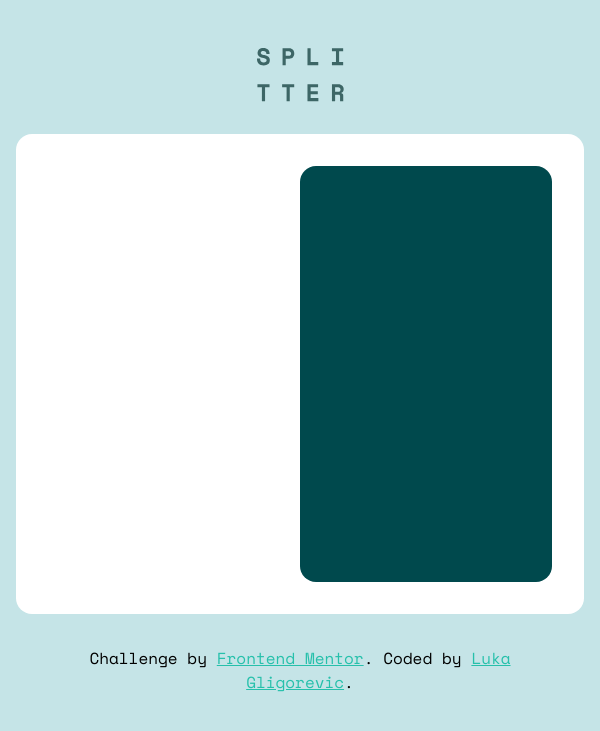
Repository: gligor99/tip-fmentor
Page: /
These files come from the project's save history. The page is drawn as it stood at one moment and after the next save; the edit follows.
The browser window is 600 px wide. The pictures show the whole page.
The project was rebuilt for these pictures with package versions that can differ from the ones it lists, and the page was loaded fresh each time.

Above is the page before, as saved 2021-11-26 21:14:37.

After the next save:
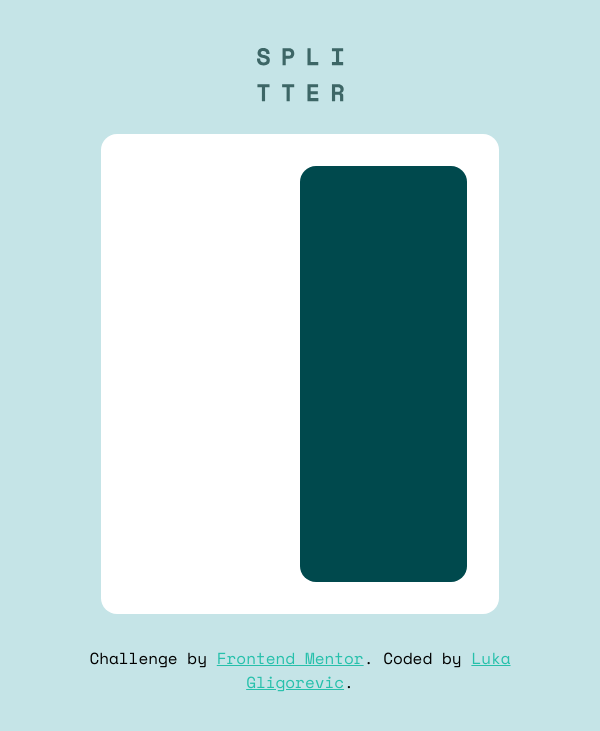
Saved 70 s later.
--- a/src/index.css
+++ b/src/index.css
@@ -59,17 +59,18 @@
   padding: 2em;
   border-radius: 1rem;
 }
-.left-side, .right-side {
+.left-side,
+.right-side {
   display: inline-block;
   height: 100%;
   width: 100%;
   padding: 2rem;
   border-radius: 1rem;
 }
-.left-side{
-  background-color: white;
+.left-side {
+  background-color: whites;
 }
-.right-side{
+.right-side {
   background-color: var(--clr-dark-cyan);
 }
 
@@ -81,9 +82,14 @@
     padding: 1rem;
   }
   .container {
+    display: flex;
+    justify-content: center;
+    align-items: center;
     background-color: var(--clr-white);
     height: 30rem;
-    width: 100%;
+    width: 70%;
     margin: auto;
+    padding: 2em;
+    border-radius: 1rem;
   }
 }

After the save that followed:
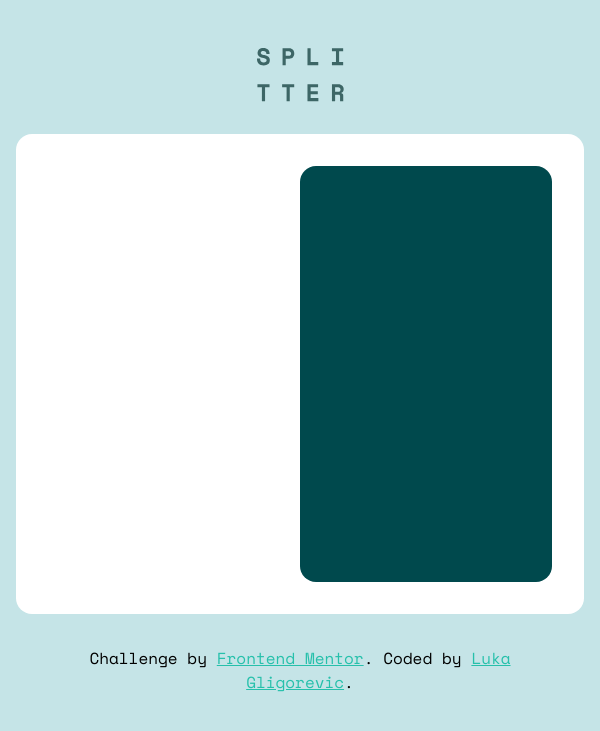
Saved 8 s later.
--- a/src/index.css
+++ b/src/index.css
@@ -59,18 +59,17 @@
   padding: 2em;
   border-radius: 1rem;
 }
-.left-side,
-.right-side {
+.left-side, .right-side {
   display: inline-block;
   height: 100%;
   width: 100%;
   padding: 2rem;
   border-radius: 1rem;
 }
-.left-side {
+.left-side{
   background-color: whites;
 }
-.right-side {
+.right-side{
   background-color: var(--clr-dark-cyan);
 }
 
@@ -82,14 +81,9 @@
     padding: 1rem;
   }
   .container {
-    display: flex;
-    justify-content: center;
-    align-items: center;
     background-color: var(--clr-white);
     height: 30rem;
-    width: 70%;
+    width: 100%;
     margin: auto;
-    padding: 2em;
-    border-radius: 1rem;
   }
 }
